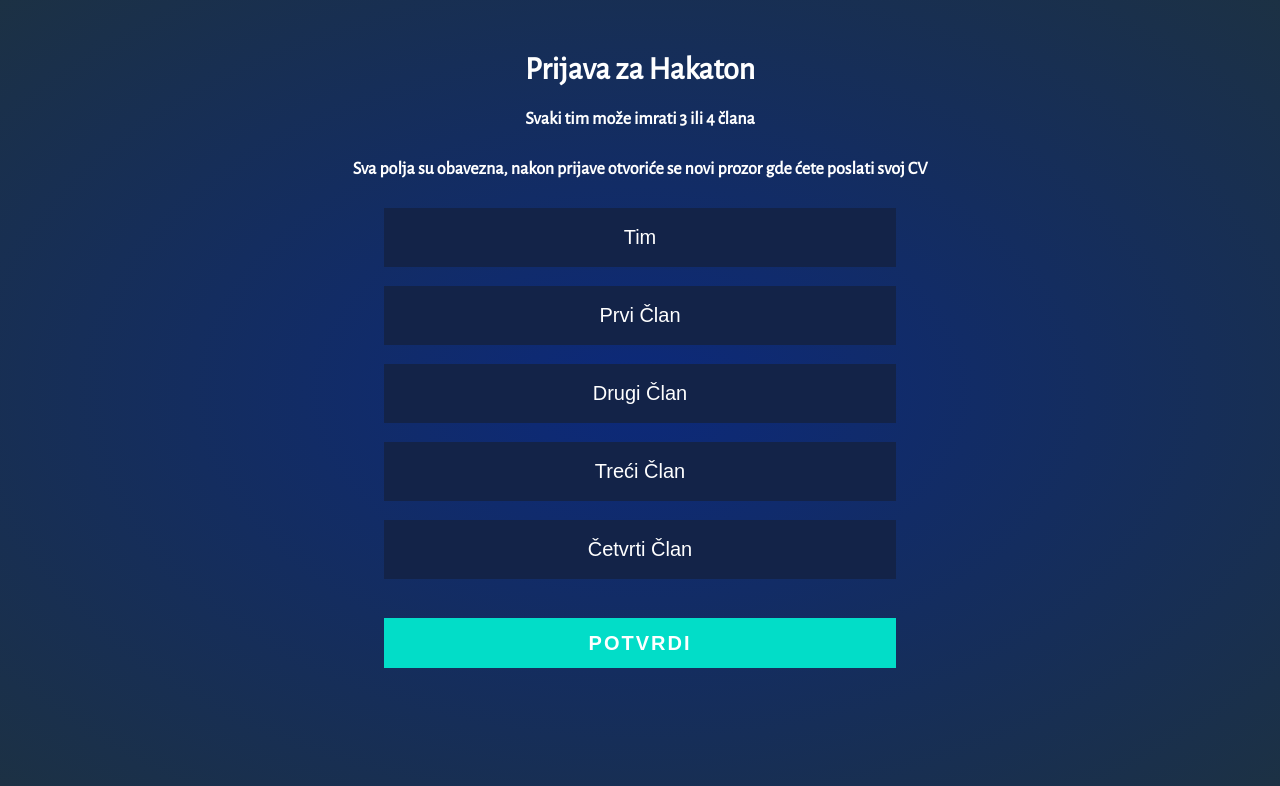
Repository: MilenaPetrovic/fonhakaton2019
Page: prijava/PrijaveHakaton.html
The author's editor kept a copy of each file at every save. The page is drawn from the files as they stood at one save, then again after the next save.
The browser window is 1280 px wide. The pictures show the whole page.
Some web libraries are served in a nearby version.

Above is the page before, as saved 2019-02-19 15:11:26.

After the next save:
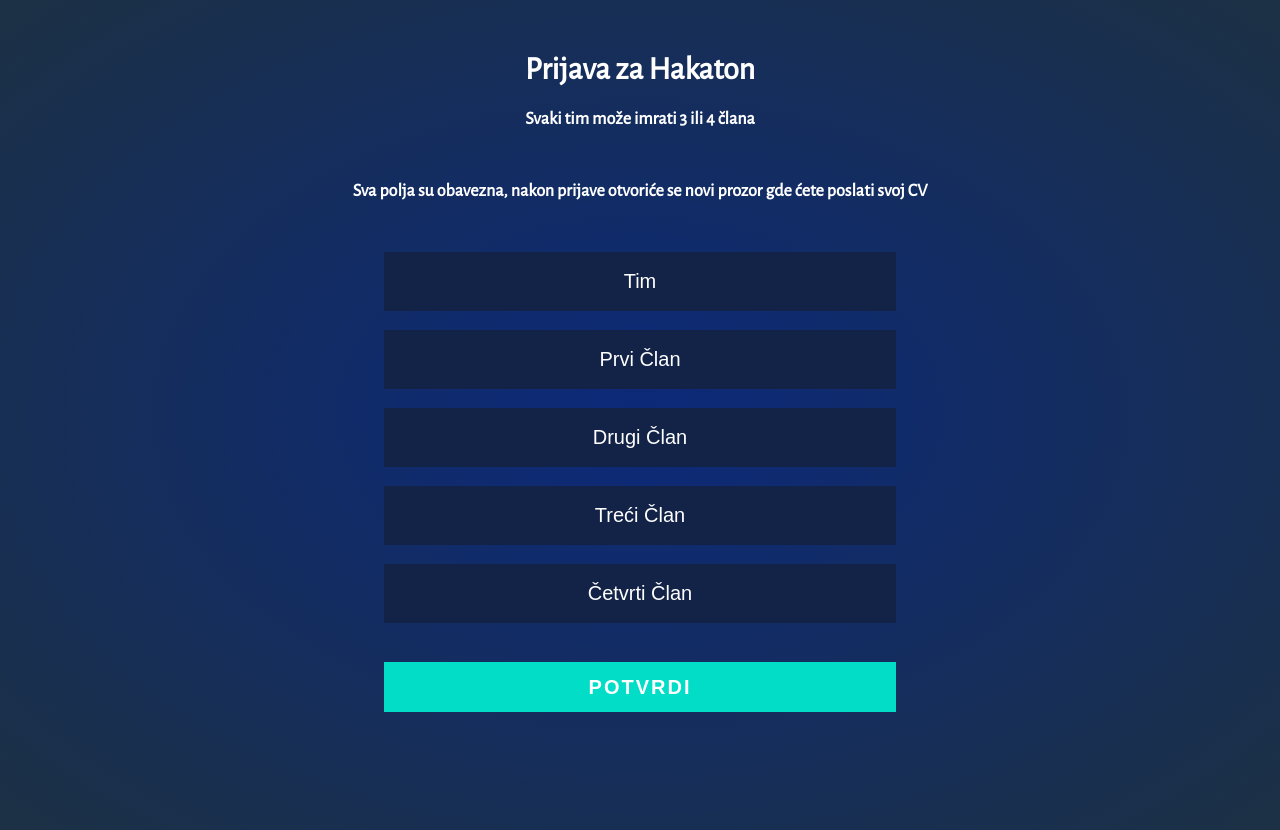
Saved 25 s later.
--- a/prijava/Prijave.css
+++ b/prijava/Prijave.css
@@ -78,7 +78,7 @@
     margin-bottom: 50px;
     margin-left: 20px;
     margin-right: 20px;
-    height: 0px;
+    height: -5px;
 }
 
 ::placeholder {

After the save that followed:
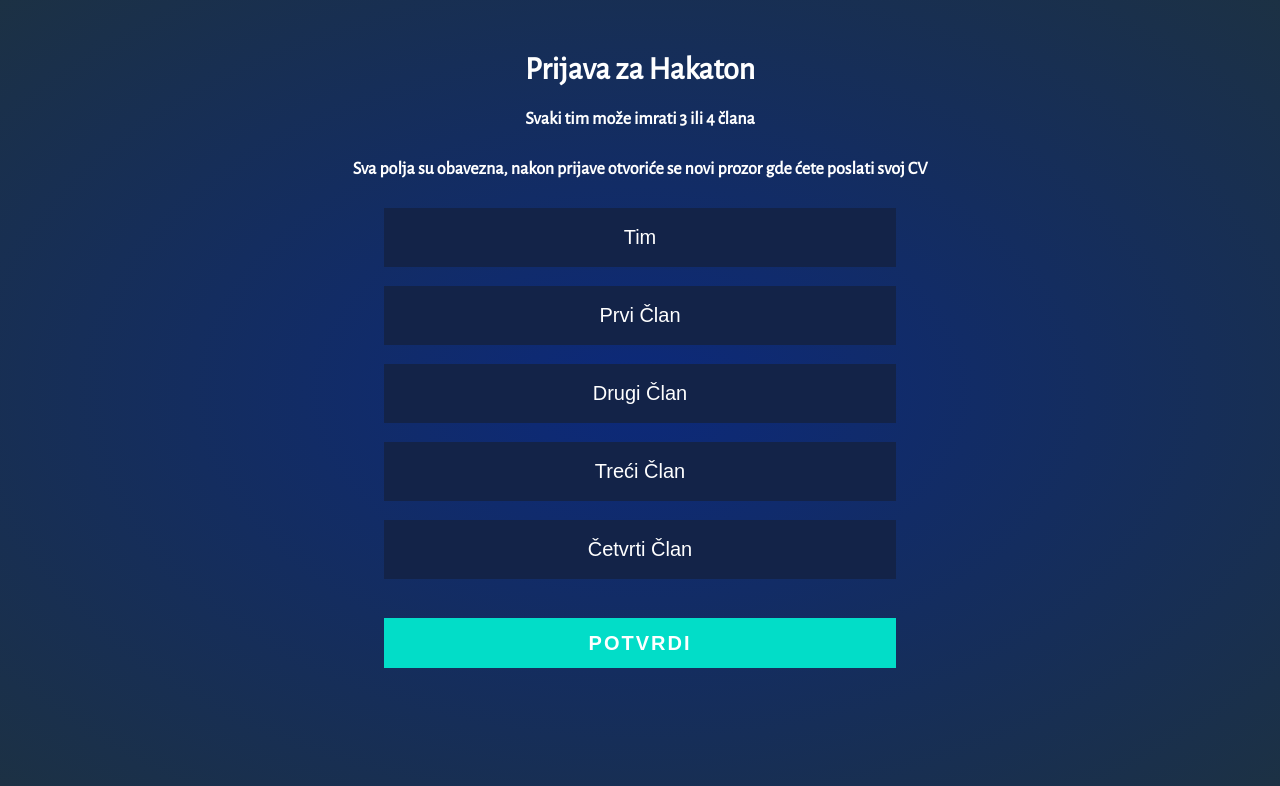
Saved 14 s later.
--- a/prijava/Prijave.css
+++ b/prijava/Prijave.css
@@ -78,7 +78,7 @@
     margin-bottom: 50px;
     margin-left: 20px;
     margin-right: 20px;
-    height: -5px;
+    height: 0px;
 }
 
 ::placeholder {
